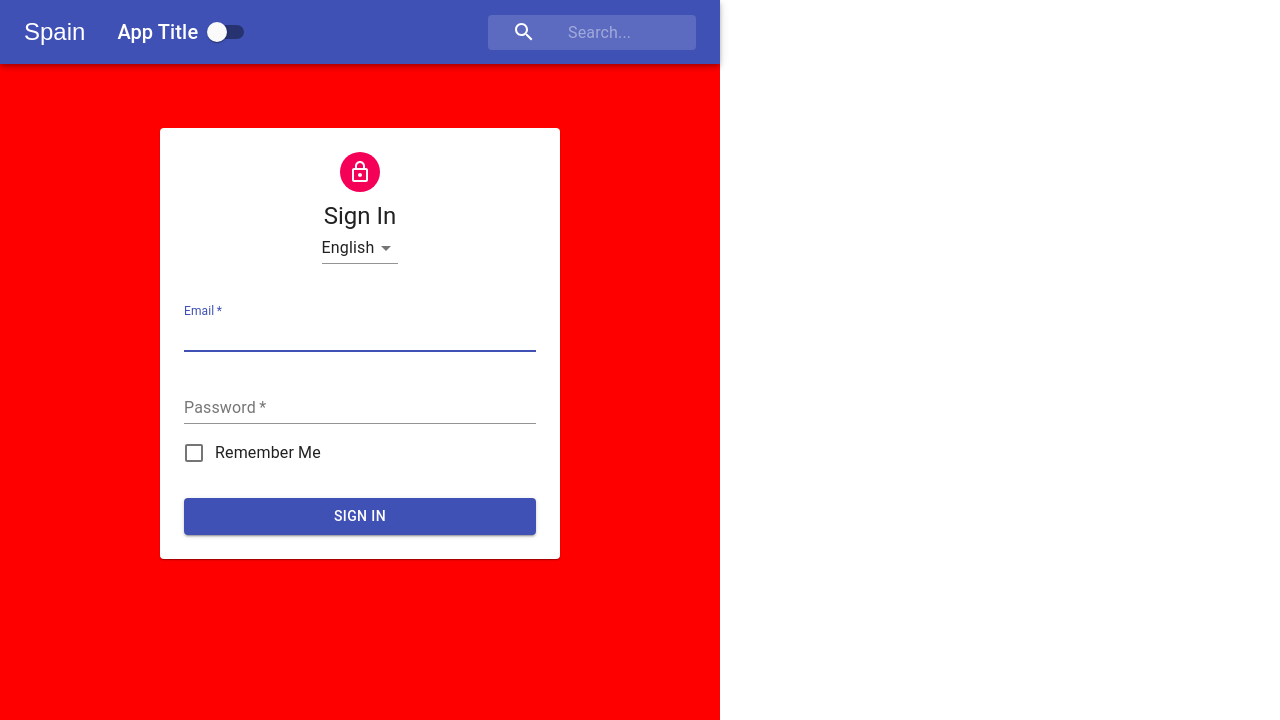
Repository: zhapar/context
Page: /
An editor plug-in stored every save of this project. The page is shown before and after the next save, followed by the edit.
The browser window is 1280 px wide. The pictures show the whole page.
The project was rebuilt for these pictures with package versions that can differ from the ones it lists, and the page was loaded fresh each time.

Above is the page before, as saved 2020-09-29 08:44:04.

After the next save:
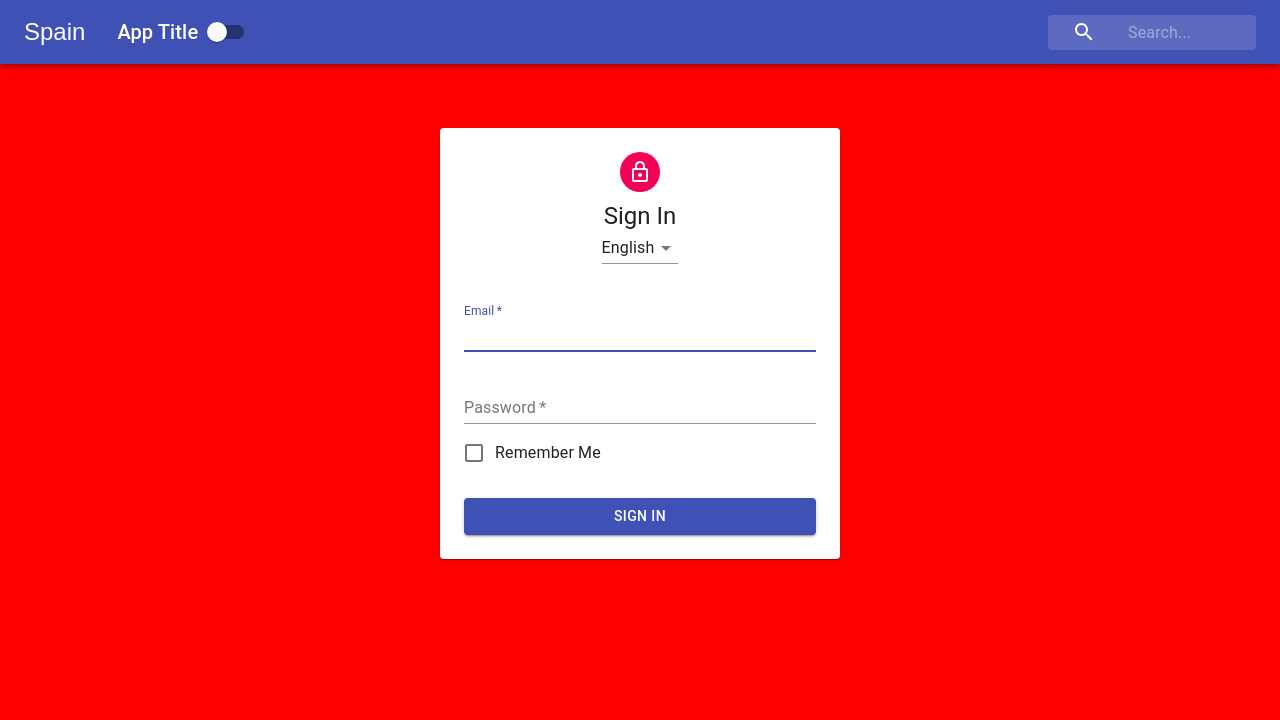
Saved 16 s later.
--- a/src/PageContent.js
+++ b/src/PageContent.js
@@ -5,7 +5,7 @@ class PageContent extends Component {
     const styles = {
       backgroundColor: "red",
       height: "100vh",
-      width: "100vh",
+      width: "100vw",
     };
     return <div style={styles}>{this.props.children}</div>;
   }
